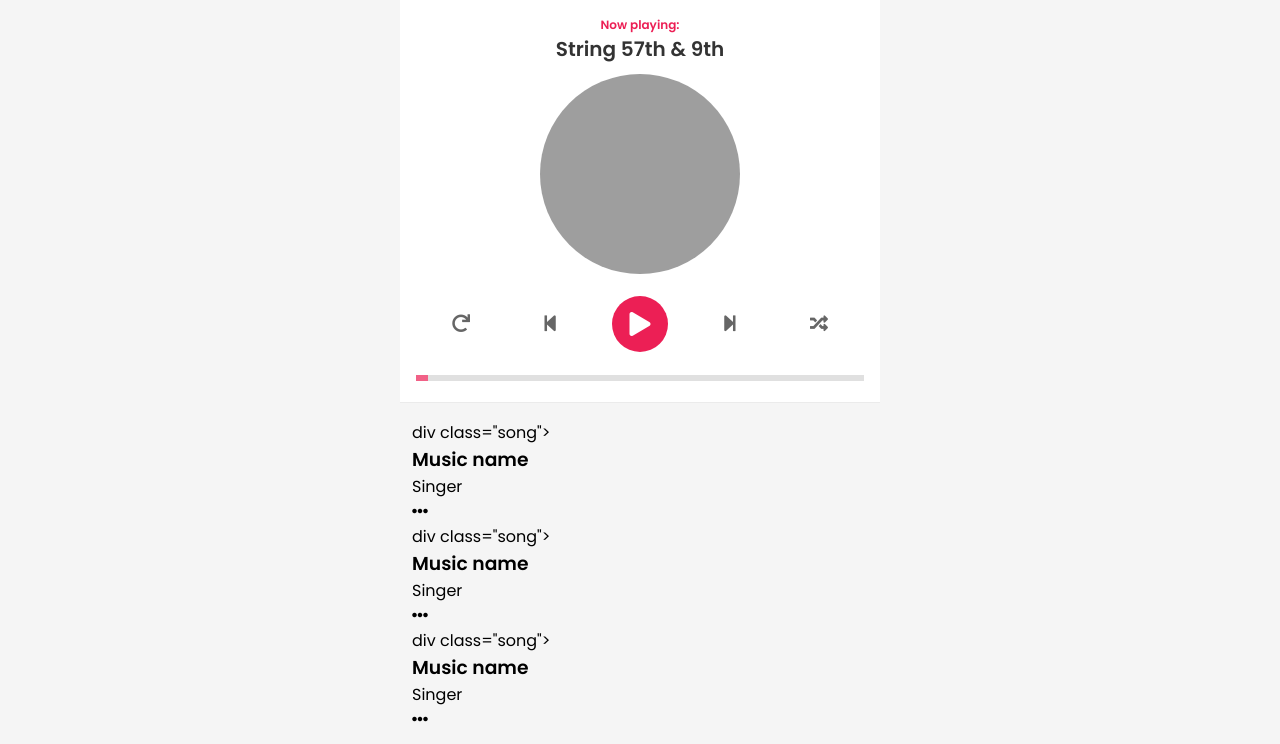
Repository: Tbs-Giang-Luong/app_music_ver1
Page: index.html
These files come from the project's save history. The page is drawn as it stood at one moment and after the next save; the edit follows.
The browser window is 1280 px wide. The pictures show the whole page.
Pictures or frames that could not be fetched are drawn as grey boxes.

Above is the page before, as saved 2022-10-20 00:11:28.

### index.html
<!DOCTYPE html>
<html lang="en">
  <head>
    <meta charset="UTF-8" />
    <meta http-equiv="X-UA-Compatible" content="IE=edge" />
    <meta name="viewport" content="width=device-width, initial-scale=1.0" />
    <link rel="stylesheet" href="./asset/css/main.css" />

    <title>Document</title>
  </head>
  <body>
    <meta name="viewport" content="width=device-width, initial-scale=1.0" />
    <title>Music player</title>
    <link
      rel="stylesheet"
      href="https://cdnjs.cloudflare.com/ajax/libs/font-awesome/5.15.2/css/all.min.css"
      integrity="sha512-HK5fgLBL+xu6dm/Ii3z4xhlSUyZgTT9tuc/hSrtw6uzJOvgRr2a9jyxxT1ely+B+xFAmJKVSTbpM/CuL7qxO8w=="
      crossorigin="anonymous"
    />
    <link rel="preconnect" href="https://fonts.gstatic.com" />
    <link
      href="https://fonts.googleapis.com/css2?family=Poppins:wght@300;400;600&display=swap"
      rel="stylesheet"
    />

    <div class="player">
      <!-- Dashboard -->
      <div class="dashboard">
        <!-- Header -->
        <header>
          <h4>Now playing:</h4>
          <h2>String 57th & 9th</h2>
        </header>

        <!-- CD -->
        <div class="cd">
          <div
            class="cd-thumb"
            style="
              background-image: url('https://i.ytimg.com/vi/jTLhQf5KJSc/maxresdefault.jpg');
            "
          ></div>
        </div>

        <!-- Control -->
        <div class="control">
          <div class="btn btn-repeat">
            <i class="fas fa-redo"></i>
          </div>
          <div class="btn btn-prev">
            <i class="fas fa-step-backward"></i>
          </div>
          <div class="btn btn-toggle-play">
            <i class="fas fa-pause icon-pause"></i>
            <i class="fas fa-play icon-play"></i>
          </div>
          <div class="btn btn-next">
            <i class="fas fa-step-forward"></i>
          </div>
          <div class="btn btn-random">
            <i class="fas fa-random"></i>
          </div>
        </div>

        <input
          id="progress"
          class="progress"
          type="range"
          value="0"
          step="1"
          min="0"
          max="100"
        />

        <audio id="audio" src=""></audio>
      </div>

      <!-- Playlist -->
      <div class="playlist">
        <div class="song">
          <div class="thumb" style="background-image: url('https://i.ytimg.com/vi/jTLhQf5KJSc/maxresdefault.jpg')">
          </div>
          <div class="body">
            <h3 class="title">Music name</h3>
            <p class="author">Singer</p>
          </div>
          <div class="option">
            <i class="fas fa-ellipsis-h"></i>
        </div>

      </div>
    </div>

    <!-- Design from: https://static.collectui.com/shots/3671744/musicloud-revolutionary-app-for-music-streaming-large -->
    <script src="main.js"></script>
  </body>
</html>

### asset/css/main.css
:root {
    --primary-color: #ec1f55;
    --text-color: #333;
  }

  * {
    padding: 0;
    margin: 0;
    box-sizing: inherit;
  }

  body {
    background-color: #f5f5f5;
  }

  html {
    box-sizing: border-box;
    font-family: "Poppins", sans-serif;
  }

  .player {
    position: relative;
    max-width: 480px;
    margin: 0 auto;
  }

  .player .icon-pause {
    display: none;
  }

  .player.playing .icon-pause {
    display: inline-block;
  }

  .player.playing .icon-play {
    display: none;
  }

  .dashboard {
    padding: 16px 16px 14px;
    background-color: #fff;
    position: fixed;
    top: 0;
    width: 100%;
    max-width: 480px;
    border-bottom: 1px solid #ebebeb;
  }

  /* HEADER */
  header {
    text-align: center;
    margin-bottom: 10px;
  }

  header h4 {
    color: var(--primary-color);
    font-size: 12px;
  }

  header h2 {
    color: var(--text-color);
    font-size: 20px;
  }

  /* CD */
  .cd {
    display: flex;
    margin: auto;
    width: 200px;
  }

  .cd-thumb {
    width: 100%;
    padding-top: 100%;
    border-radius: 50%;
    background-color: #333;
    background-size: cover;
    margin: auto;
  }

  /* CONTROL */
  .control {
    display: flex;
    align-items: center;
    justify-content: space-around;
    padding: 18px 0 8px 0;
  }

  .control .btn {
    color: #666;
    padding: 18px;
    font-size: 18px;
  }

  .control .btn.active {
    color: var(--primary-color);
  }

  .control .btn-toggle-play {
    width: 56px;
    height: 56px;
    border-radius: 50%;
    font-size: 24px;
    color: #fff;
    display: flex;
    align-items: center;
    justify-content: center;
    background-color: var(--primary-color);
  }

  .progress {
    width: 100%;
    -webkit-appearance: none;
    height: 6px;
    background: #d3d3d3;
    outline: none;
    opacity: 0.7;
    -webkit-transition: 0.2s;
    transition: opacity 0.2s;
  }

  .progress::-webkit-slider-thumb {
    -webkit-appearance: none;
    appearance: none;
    width: 12px;
    height: 6px;
    background-color: var(--primary-color);
    cursor: pointer;
  }

  /* PLAYLIST */
  .playlist {
    margin-top: 408px;
    padding: 12px;
  }

  .song {
    display: flex;
    align-items: center;
    margin-bottom: 12px;
    background-color: #fff;
    padding: 8px 16px;
    border-radius: 5px;
    box-shadow: 0 2px 3px rgba(0, 0, 0, 0.1);
  }

  .song.active {
    background-color: var(--primary-color);
  }

  .song:active {
    opacity: 0.8;
  }

  .song.active .option,
  .song.active .author,
  .song.active .title {
    color: #fff;
  }

  .song .thumb {
    width: 44px;
    height: 44px;
    border-radius: 50%;
    background-size: cover;
    margin: 0 8px;
  }

  .song .body {
    flex: 1;
    padding: 0 16px;
  }

  .song .title {
    font-size: 18px;
    color: var(--text-color);
  }

  .song .author {
    font-size: 12px;
    color: #999;
  }

  .song .option {
    padding: 16px 8px;
    color: #999;
    font-size: 18px;
  }

### main.js
// App music

const $ = document.querySelector.bind(document);
const $$ = document.querySelectorAll.bind(document);

const playlist = $(".playlist");

const app = {
  songs: [
    {
      name: "Mặt mộc",
      singer: "Vân Anh",
      path: "https://playsetmusic.com/download/OIVH8LSktGZR",
      image: "./asset/img/Mat moc.png",
    },
    {
      name: "Waiting for you",
      singer: "Mono",
      path: "https://playsetmusic.com/download/R8MQzb3Z8Gyd",
      image: "./asset/img/wating for you.jpg",
    },
    {
      name: "Đế Vương",
      singer: "Đình Dũng",
      path: "https://playsetmusic.com/download/wO4cfN8f65Ng",
      image: "./asset/img/De vuong.jpg",
    },
  ],

  render: function () {
    const htmls = this.songs.map((song) => {
      return `
      div class="song">
      <div class="thumb" style="background-image: url('https://i.ytimg.com/vi/jTLhQf5KJSc/maxresdefault.jpg')">
      </div>
      <div class="body">
        <h3 class="title">Music name</h3>
        <p class="author">Singer</p>
      </div>
      <div class="option">
        <i class="fas fa-ellipsis-h"></i>
    </div>
      `;
    });
    playlist.innerHTML = htmls.join("")
  },

  start: function () {
    this.render();
  },
};

app.start();

After the next save:
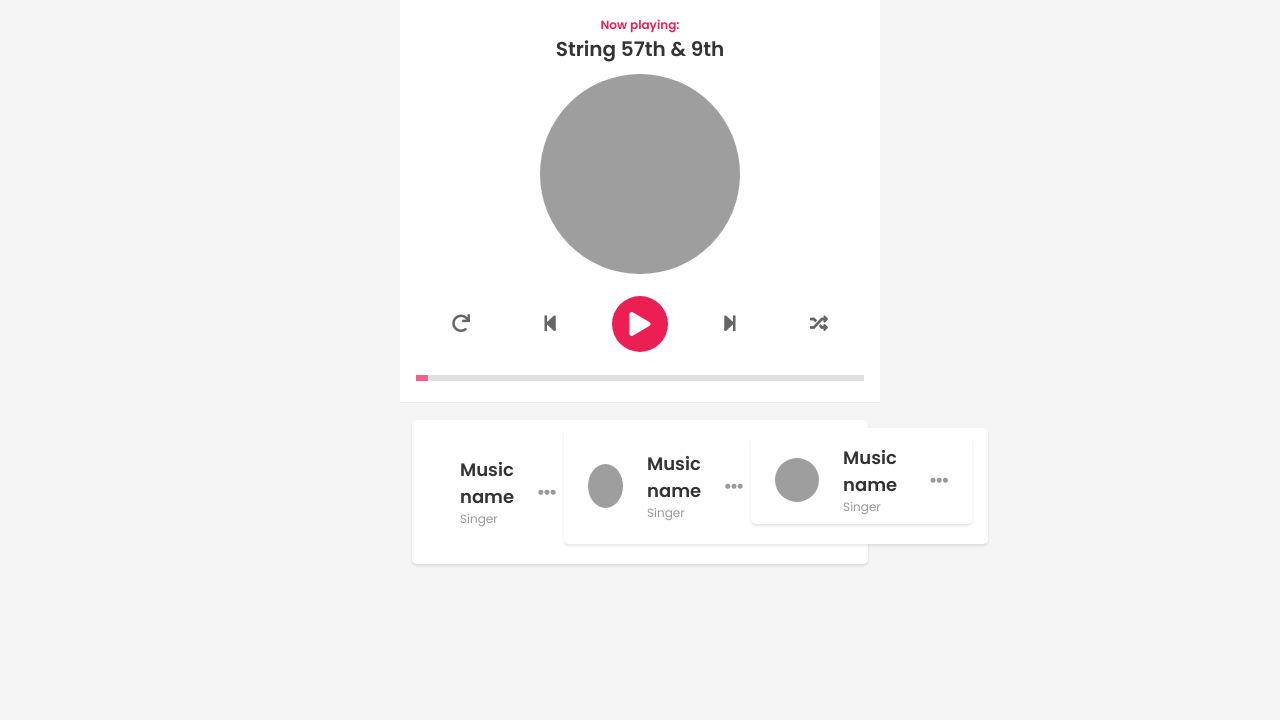
Saved 2 min 8 s later.
--- a/main.js
+++ b/main.js
@@ -30,7 +30,7 @@ const app = {
   render: function () {
     const htmls = this.songs.map((song) => {
       return `
-      div class="song">
+      <div class="song">
       <div class="thumb" style="background-image: url('https://i.ytimg.com/vi/jTLhQf5KJSc/maxresdefault.jpg')">
       </div>
       <div class="body">
